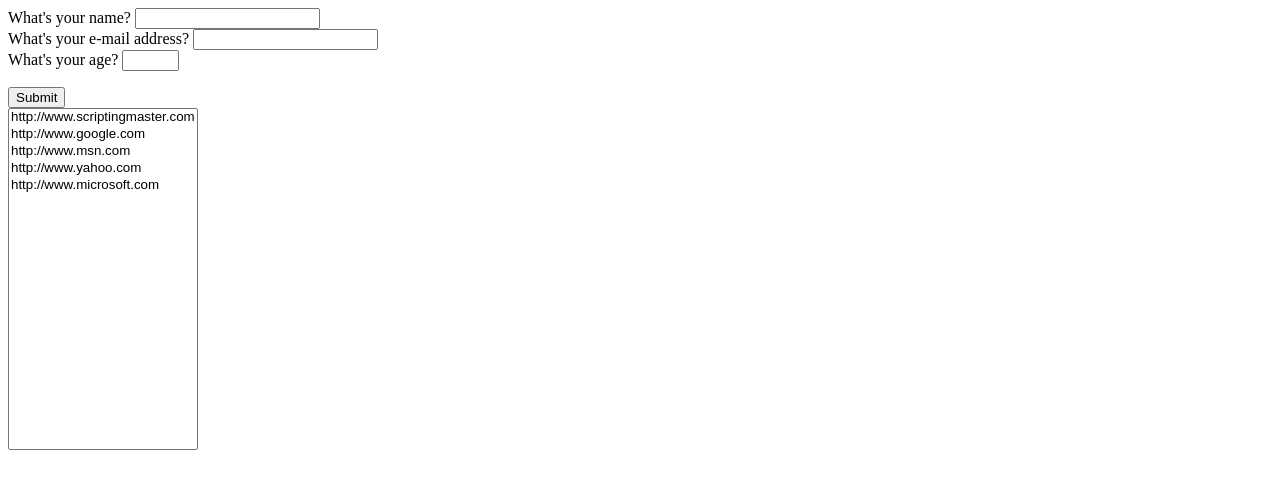
Repository: jpab/Communication-system-OSGi
Page: WABND/static/index.html
An editor plug-in stored every save of this project. The page is shown before and after the next save, followed by the edit.
The browser window is 1280 px wide. The pictures show the whole page.

Above is the page before, as saved 2013-04-15 23:16:40.

### WABND/static/index.html
<!DOCTYPE html PUBLIC "-//W3C//DTD HTML 4.01 Transitional//EN" "http://www.w3.org/TR/html4/loose.dtd">
<HTML>
<BODY>
<FORM METHOD=POST ACTION="savename.jsp">
What's your name? <INPUT TYPE=TEXT NAME=username SIZE=20><BR>
What's your e-mail address? <INPUT TYPE=TEXT NAME=email SIZE=20><BR>
What's your age? <INPUT TYPE=TEXT NAME=age SIZE=4>
<P><INPUT TYPE=SUBMIT>
<br>
<select name="FavWebSite" size="20">
<option value="SM">http://www.scriptingmaster.com</option>
<option value="Google">http://www.google.com</option>
<option value="MSN">http://www.msn.com</option>
<option value="yahoo">http://www.yahoo.com</option>
<option value="microsoft">http://www.microsoft.com</option>
</select>
</FORM>
</BODY>
</HTML>

After the next save:
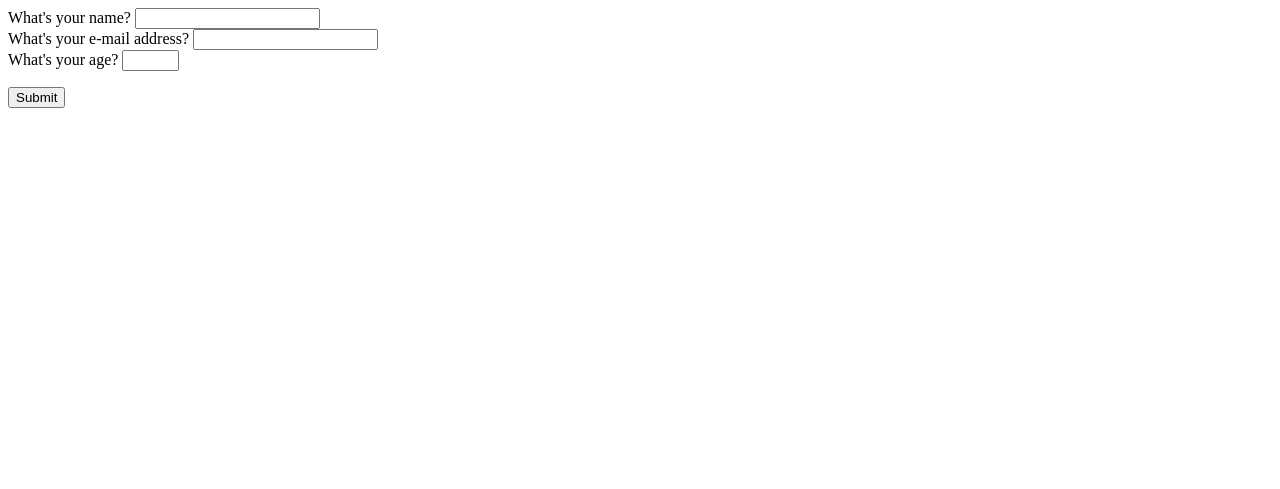
Saved 3 min 21 s later.
--- a/WABND/static/index.html
+++ b/WABND/static/index.html
@@ -7,13 +7,7 @@ What's your e-mail address? <INPUT TYPE=TEXT NAME=email SIZE=20><BR>
 What's your age? <INPUT TYPE=TEXT NAME=age SIZE=4>
 <P><INPUT TYPE=SUBMIT>
 <br>
-<select name="FavWebSite" size="20">
-<option value="SM">http://www.scriptingmaster.com</option>
-<option value="Google">http://www.google.com</option>
-<option value="MSN">http://www.msn.com</option>
-<option value="yahoo">http://www.yahoo.com</option>
-<option value="microsoft">http://www.microsoft.com</option>
-</select>
+
 </FORM>
 </BODY>
 </HTML>
